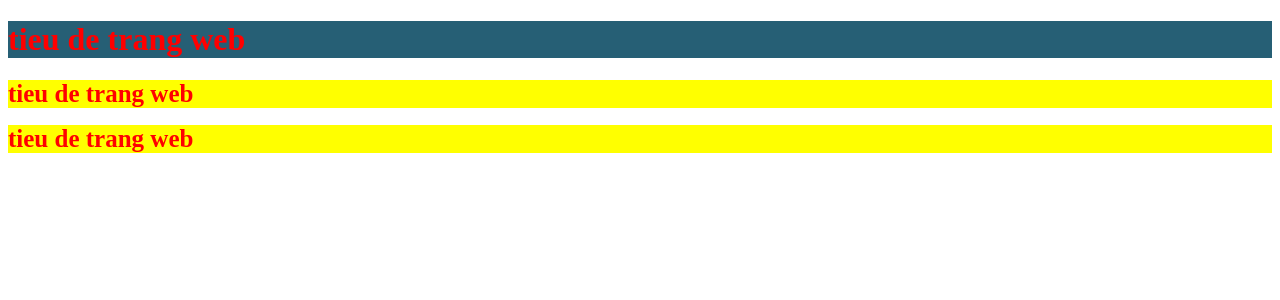
Repository: quocanh1010/quocanh1010.github.io
Page: Front End bai 1 2/index.html
The author's editor kept a copy of each file at every save. The page is drawn from the files as they stood at one save, then again after the next save.
The browser window is 1280 px wide. The pictures show the whole page.

Above is the page before, as saved 2021-04-16 20:26:39.

### Front End bai 1 2/index.html
<!DOCTYPE html>
<html lang="en">

<head>
    <meta charset="UTF-8">
    <meta http-equiv="X-UA-Compatible" content="IE=edge">
    <meta name="viewport" content="width=device-width, initial-scale=1.0">
    <title>Techmaster</title>


    <style>
        h1 {
            color:red;
            background: rgb(38, 95, 117);
        }
        .mau-vang {
            background: yellow;
        }
        #big-size {
            font-size: 25px;
        }
    </style>

</head>

<body>

    <h1>tieu de trang web</h1>
    <h1 class="mau-vang" id="big-size">tieu de trang web</h1>
    <h1 class="mau-vang" id="big-size">tieu de trang web</h1>


</body>

</html>

After the next save:
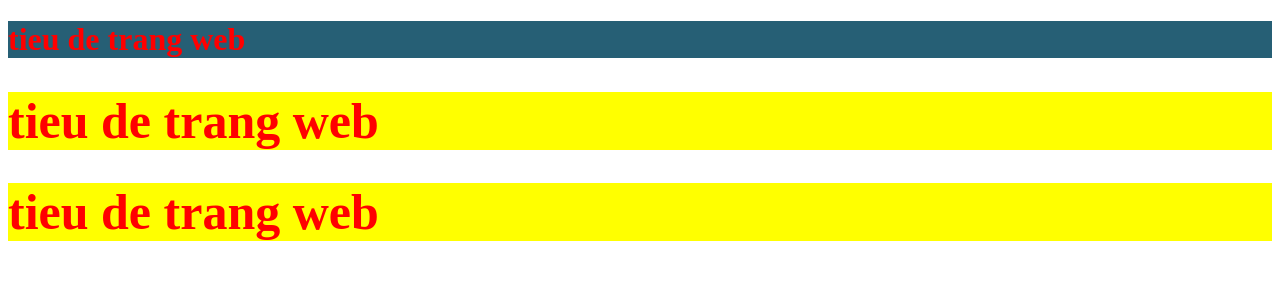
Saved 20 s later.
--- a/Front End bai 1 2/index.html
+++ b/Front End bai 1 2/index.html
@@ -17,7 +17,7 @@
             background: yellow;
         }
         #big-size {
-            font-size: 25px;
+            font-size: 50px;
         }
     </style>
 
